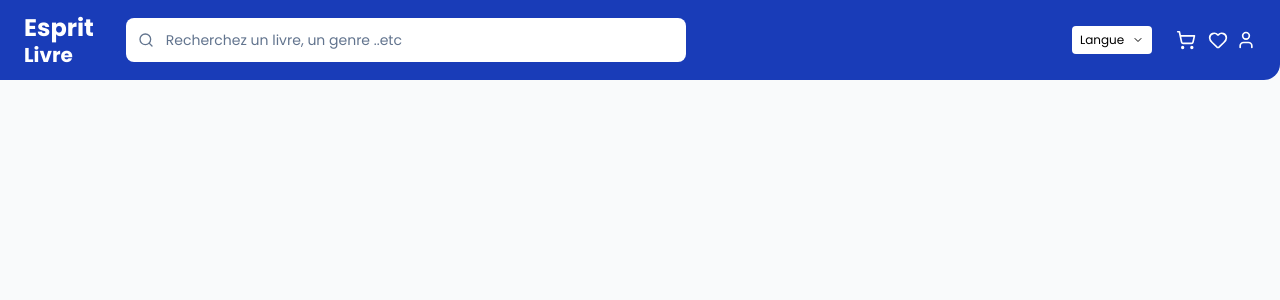
Repository: oussamabenberkane/esprit-livre-front
Page: /
These files come from the project's save history. The page is drawn as it stood at one moment and after the next save; the edit follows.
The browser window is 1280 px wide. The pictures show the whole page.
The project was rebuilt for these pictures with package versions that can differ from the ones it lists, and the page was loaded fresh each time. Also part of the build but not shown: vite.config.js.

Above is the page before, as saved 2025-09-25 18:52:04.

### index.html
<!doctype html>
<html lang="en">
  <head>
    <meta charset="UTF-8" />
    <link rel="icon" type="image/svg+xml" href="/vite.svg" />
    <meta name="viewport" content="width=device-width, initial-scale=1.0" />
    <title>espritlivrefront</title>
  </head>
  <body>
    <div id="root"></div>
    <script type="module" src="/src/main.jsx"></script>
  </body>
</html>

### src/index.css
@import url('https://fonts.googleapis.com/css2?family=Poppins:wght@300;400;500;600;700&display=swap');
@import "tailwindcss";

:root {
  font-family: 'Poppins', system-ui, Avenir, Helvetica, Arial, sans-serif;
  line-height: 1.5;
  font-weight: 400;

  color-scheme: light dark;
  color: rgba(255, 255, 255, 0.87);
  background-color: #242424;

  font-synthesis: none;
  text-rendering: optimizeLegibility;
  -webkit-font-smoothing: antialiased;
  -moz-osx-font-smoothing: grayscale;
}

a {
  font-weight: 500;
  color: #646cff;
  text-decoration: inherit;
}

a:hover {
  color: #535bf2;
}

body {
  margin: 0;
  display: flex;
  place-items: center;
  min-width: 320px;
  min-height: 100vh;
}

h1 {
  font-size: 3.2em;
  line-height: 1.1;
}

button {
  border-radius: 8px;
  border: 1px solid transparent;
  padding: 0.6em 1.2em;
  font-size: 1em;
  font-weight: 500;
  font-family: inherit;
  background-color: #1a1a1a;
  cursor: pointer;
  transition: border-color 0.25s;
}

button:hover {
  border-color: #646cff;
}

button:focus,
button:focus-visible {
  outline: 4px auto -webkit-focus-ring-color;
}

@media (prefers-color-scheme: light) {
  :root {
    color: #213547;
    background-color: #ffffff;
  }

  a:hover {
    color: #747bff;
  }

  button {
    background-color: #f9f9f9;
  }
}

### src/App.jsx
import Navbar from './components/common/navbar';

function App() {
  return (
    <div className="min-h-screen min-w-screen bg-gray-50">
      <Navbar />
      {/* Reste de votre contenu */}
    </div>
  );
}

export default App;

### src/components/common/navbar.jsx
import { Search, ChevronDown, ShoppingCart, Heart, User } from 'lucide-react';

// Logo Component
const Logo = () => (
    <div className="flex flex-col text-white">
        <div className="text-2xl font-bold leading-tight">Esprit</div>
        <div className="text-xl font-bold leading-tight">Livre</div>
    </div>
);

// Search Bar Component
const SearchBar = ({ placeholder = "Recherchez un livre, un genre ..etc", onSearch }) => (
    <div className="relative bg-white rounded-lg h-11 w-140 flex items-center">
        <div className="absolute left-3 w-4 h-4 text-slate-500">
            <Search className="w-full h-full" />
        </div>
        <input
            type="text"
            placeholder={placeholder}
            onChange={onSearch}
            className="w-full h-full pl-10 pr-4 text-sm text-slate-500 bg-transparent border-none outline-none placeholder:text-slate-500"
        />
    </div>
);

// Language Selector Component
const LanguageSelector = ({ onLanguageChange }) => (
    <div
        className="relative bg-white rounded h-7 w-20 flex items-center cursor-pointer hover:bg-gray-50 transition-colors"
        onClick={onLanguageChange}
    >
        <span className="text-xs text-black ml-2">Langue</span>
        <div className="absolute right-2 w-3 h-3 text-black">
            <ChevronDown className="w-full h-full" />
        </div>
    </div>
);

// User Actions Component
const UserActions = ({ cartCount = 0, onCartClick, onFavoritesClick, onUserClick }) => (
    <div className="flex items-center gap-1">
        {/* Cart with notification */}
        <div className="relative cursor-pointer hover:opacity-80 transition-opacity" onClick={onCartClick}>
            <div className="w-5 h-5 text-white">
                <ShoppingCart className="w-full h-full" />
            </div>
            {cartCount > 0 && (
                <div className="absolute -top-1 -right-1 w-3 h-3 bg-red-500 rounded-full flex items-center justify-center">
                    <span className="text-xs text-white font-black leading-none">{cartCount}</span>
                </div>
            )}
        </div>

        {/* Favorites */}
        <div
            className="w-5 h-5 ml-2 text-white cursor-pointer hover:opacity-80 transition-opacity"
            onClick={onFavoritesClick}
        >
            <Heart className="w-full h-full" />
        </div>

        {/* User Account */}
        <div
            className="w-5 h-5 ml-1 text-white cursor-pointer hover:opacity-80 transition-opacity"
            onClick={onUserClick}
        >
            <User className="w-full h-full" />
        </div>
    </div>
);

// Main Navbar Component
const Navbar = ({
    searchPlaceholder,
    cartCount,
    onSearch,
    onLanguageChange,
    onCartClick,
    onFavoritesClick,
    onUserClick
}) => (
    <div className="w-full bg-blue-800 rounded-br-2xl px-6 py-3 h-20">
        <div className="flex items-center w-full h-full">
            {/* Logo */}
            <div className="flex-shrink-0">
                <Logo />
            </div>

            {/* Search Bar */}
            <div className="flex-shrink-0 ml-8">
                <SearchBar placeholder={searchPlaceholder} onSearch={onSearch} />
            </div>

            {/* Spacer */}
            <div className="flex-1"></div>

            {/* Language Selector */}
            <div className="flex-shrink-0 mr-6">
                <LanguageSelector onLanguageChange={onLanguageChange} />
            </div>

            {/* User Actions */}
            <div className="flex-shrink-0">
                <UserActions
                    cartCount={cartCount}
                    onCartClick={onCartClick}
                    onFavoritesClick={onFavoritesClick}
                    onUserClick={onUserClick}
                />
            </div>
        </div>
    </div>
);

// Demo usage
export default function App() {
    const handleSearch = (e) => {
        console.log('Search:', e.target.value);
    };

    const handleLanguageChange = () => {
        console.log('Language selector clicked');
    };

    const handleCartClick = () => {
        console.log('Cart clicked');
    };

    const handleFavoritesClick = () => {
        console.log('Favorites clicked');
    };

    const handleUserClick = () => {
        console.log('User account clicked');
    };

    return (
        <Navbar
            cartCount={0}
            onSearch={handleSearch}
            onLanguageChange={handleLanguageChange}
            onCartClick={handleCartClick}
            onFavoritesClick={handleFavoritesClick}
            onUserClick={handleUserClick}
        />
    );
}

Loaded but not shown: src/main.jsx (common file)

After the next save:
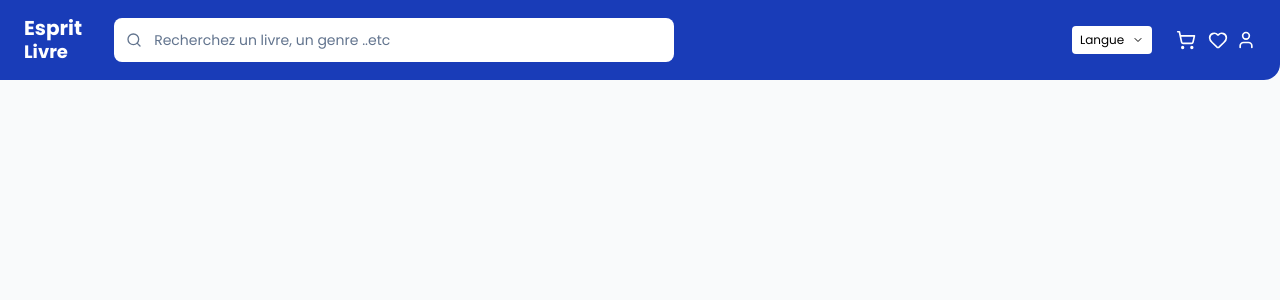
Saved 16 s later.
--- a/src/components/common/navbar.jsx
+++ b/src/components/common/navbar.jsx
@@ -3,8 +3,8 @@ import { Search, ChevronDown, ShoppingCart, Heart, User } from 'lucide-react';
 // Logo Component
 const Logo = () => (
     <div className="flex flex-col text-white">
-        <div className="text-2xl font-bold leading-tight">Esprit</div>
-        <div className="text-xl font-bold leading-tight">Livre</div>
+        <div className="text-xl font-bold leading-tight">Esprit</div>
+        <div className="text-lg font-bold leading-tight">Livre</div>
     </div>
 );
 
